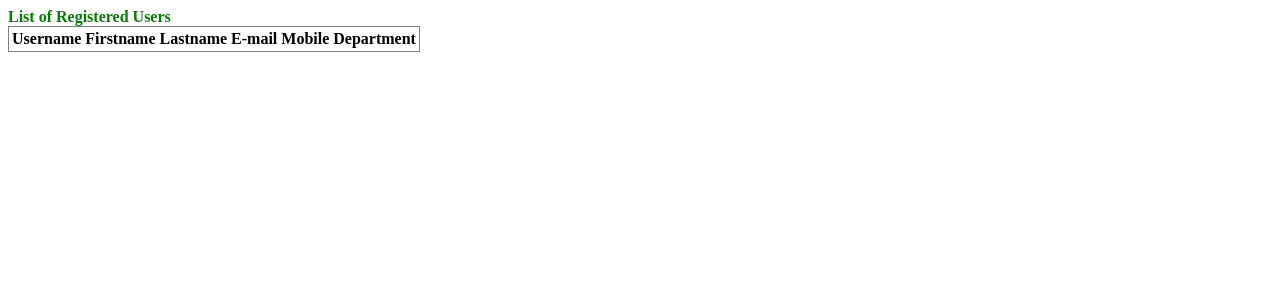
Repository: guribrar/enrolmentapp
Page: http://localhost/enrolmentapp/testingpage.jsp
The author's editor kept a copy of each file at every save. The page is drawn from the files as they stood at one save, then again after the next save.
The browser window is 1280 px wide. The pictures show the whole page.
The page is served by Tomcat 9. Other server files are loaded and not shown. Queries for data that is not in the repository find no rows.

Above is the page before, as saved 2016-12-30 16:01:42.

### enrolmentapp/WebContent/testingpage.jsp
<%@ page language="java" contentType="text/html; charset=ISO-8859-1"
    pageEncoding="ISO-8859-1"%>

<%@ taglib uri="http://java.sun.com/jsp/jstl/sql" prefix="sql" %>
<%@ taglib uri="http://java.sun.com/jsp/jstl/core" prefix="c" %>

<!DOCTYPE html PUBLIC "-//W3C//DTD HTML 4.01 Transitional//EN" "http://www.w3.org/TR/html4/loose.dtd">

<sql:query var="rs" dataSource="jdbc/enrolmentapp">
	select * from enrolmentapp.user
</sql:query>

<html>
<head>
<meta http-equiv="Content-Type" content="text/html; charset=ISO-8859-1">
<title>Testing - User List</title>
</head>
<body>
<font color="green"><b>List of Registered Users</b></font>
<table frame="box">
	<tr>
		<th>Username</th>
		<th>Firstname</th>
		<th>Lastname</th>
		<th>E-mail</th>
		<th>Mobile</th>
		<th>Department</th>
	</tr>
	<c:forEach var="row" items="${rs.rows}">
	<tr>
		<td>${row.username}</td>
		<td>${row.firstname}</td>
		<td>${row.lastname}</td>
		<td>${row.email}</td>
		<td>${row.mobile}</td>
		<td>${row.department}</td>
	</tr>
	</c:forEach>
</table>
</body>
</html>

After the next save:
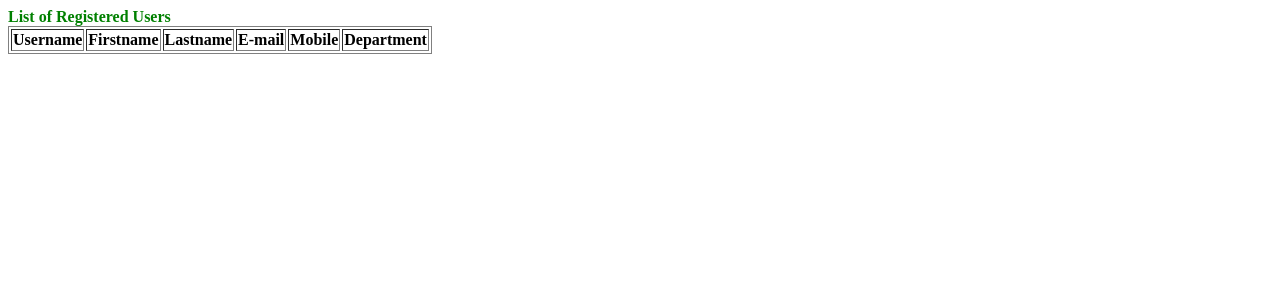
Saved 87 s later.
--- a/enrolmentapp/WebContent/testingpage.jsp
+++ b/enrolmentapp/WebContent/testingpage.jsp
@@ -17,7 +17,7 @@
 </head>
 <body>
 <font color="green"><b>List of Registered Users</b></font>
-<table frame="box">
+<table frame="box" border="1">
 	<tr>
 		<th>Username</th>
 		<th>Firstname</th>
